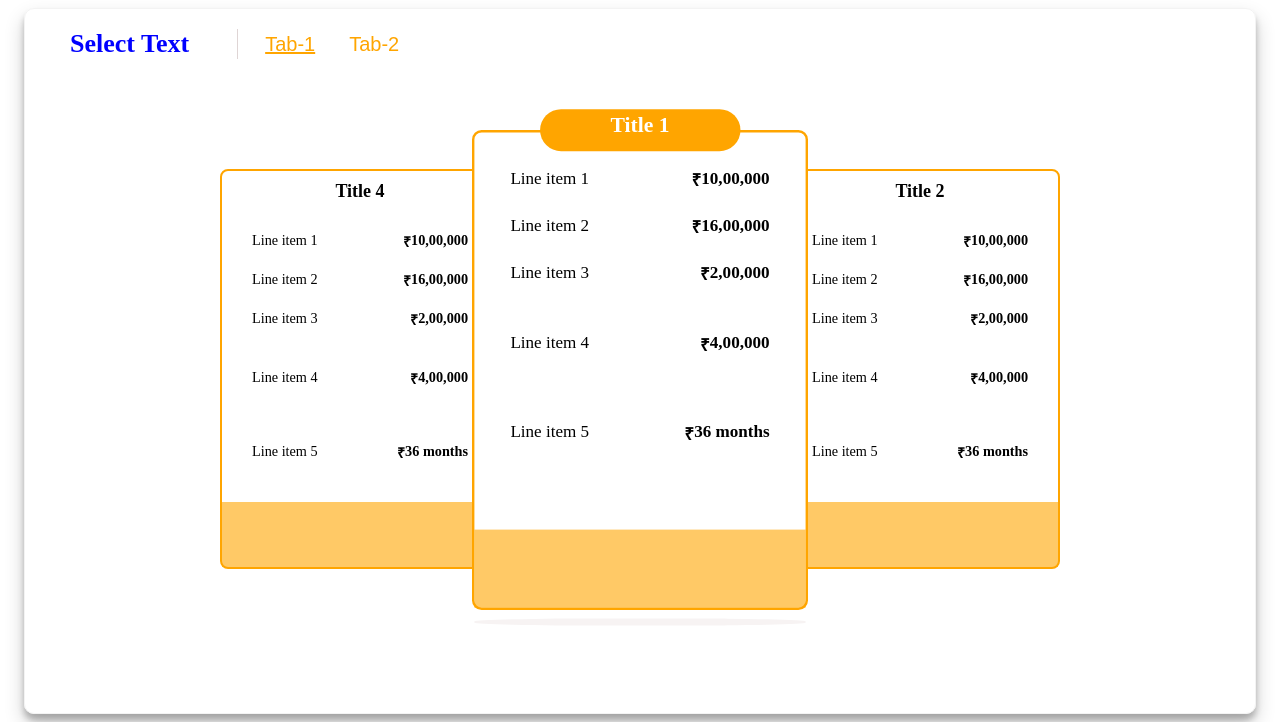
Repository: Adityanarayan-tiwari/Cardbox
Page: index.html
An editor plug-in stored every save of this project. The page is shown before and after the next save, followed by the edit.
The browser window is 1280 px wide. The pictures show the whole page.

Above is the page before, as saved 2020-07-25 15:51:23.

After the next save:
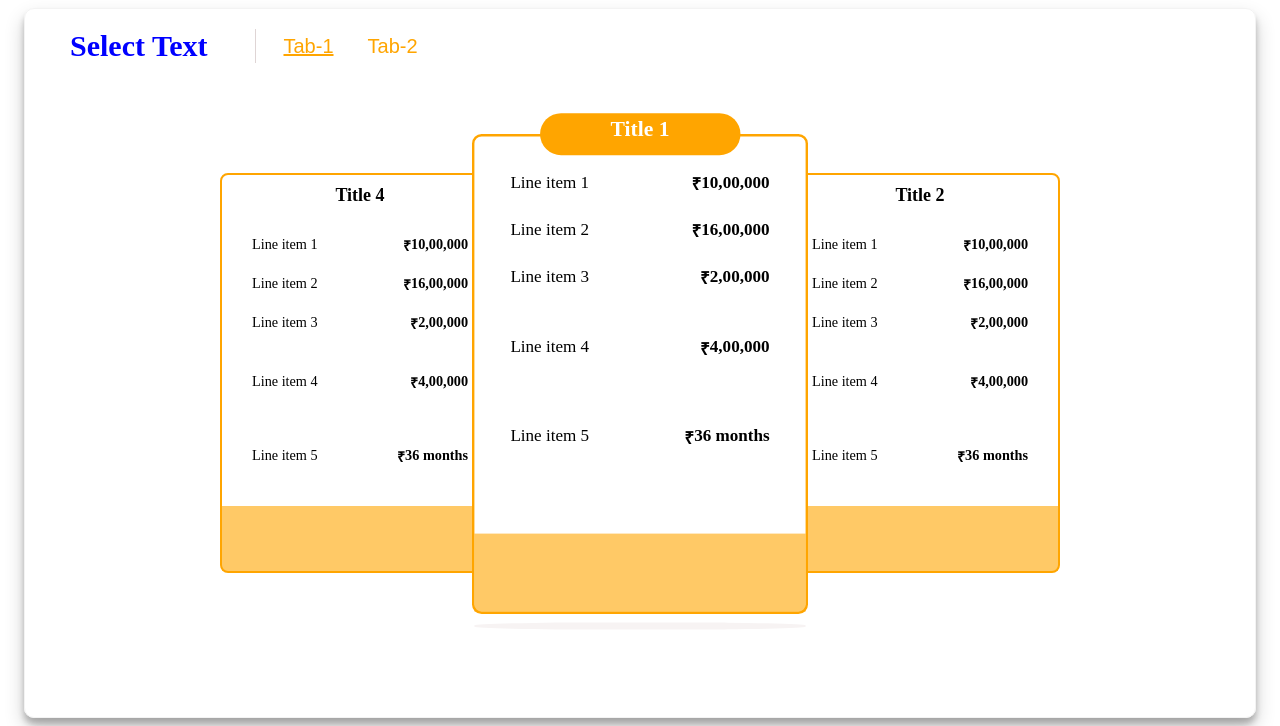
Saved 73 s later.
--- a/index.css
+++ b/index.css
@@ -21,7 +21,7 @@
     padding-right: 4%;
     border-right: 1px solid rgb(223, 213, 213);
     margin-right: 10px;
-    font-size: 26px;
+    font-size: 30px;
 }
 .page-heading .next,.prev {
     margin: 10px;
